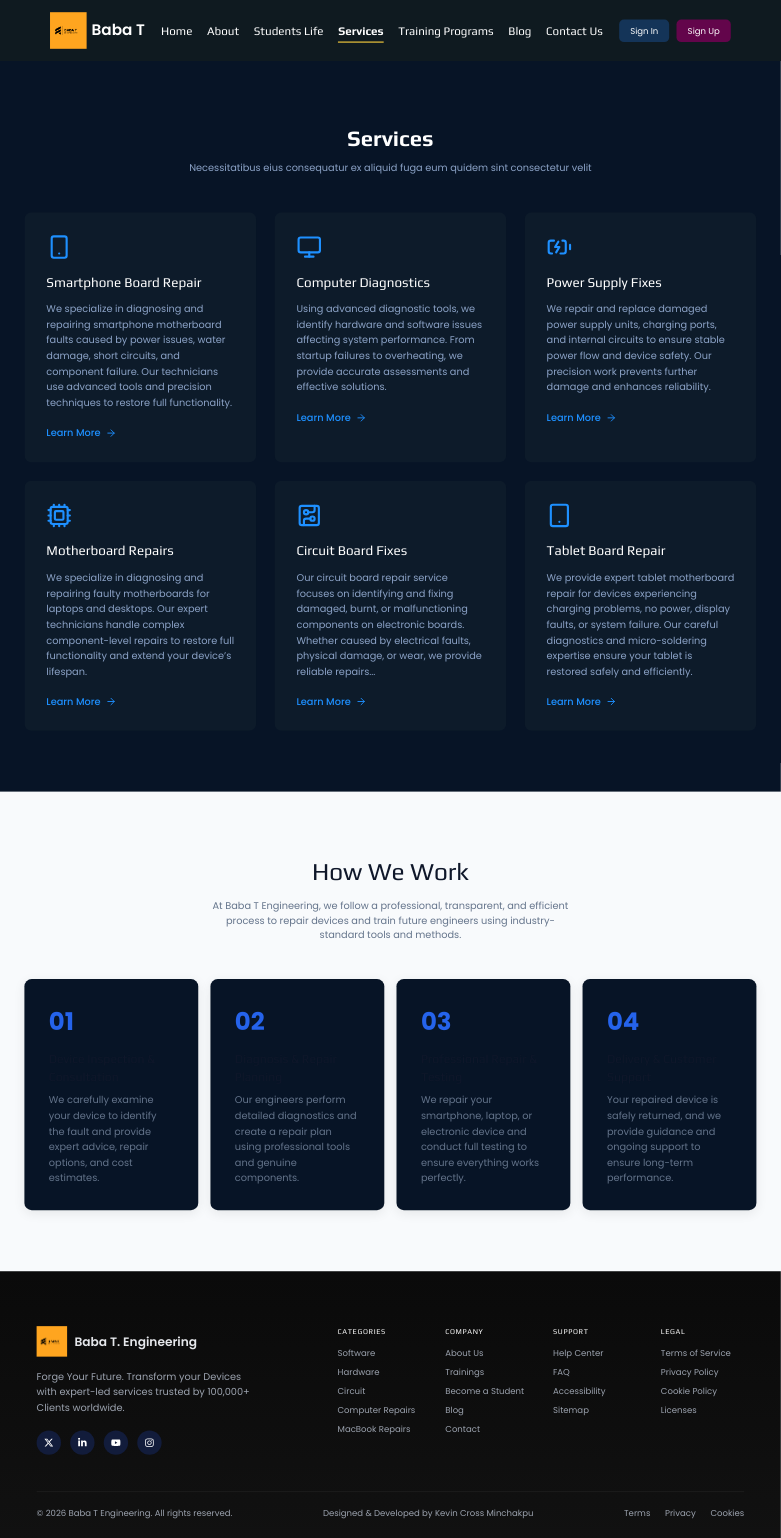
Repository: KC-Minchakpu/babatunde
Page: /services
These files come from the project's save history. The page is drawn as it stood at one moment and after the next save; the edit follows.
The browser window is 1280 px wide. The pictures show the whole page, at 61% of full size.
The project was rebuilt for these pictures with package versions that can differ from the ones it lists, and the page was loaded fresh each time. The framework's server and built-in components were replaced by stand-ins that run in the browser. Also part of the build but not shown: next.config.ts.

Above is the page before, as saved 2026-02-21 13:35:00.

After the next save:
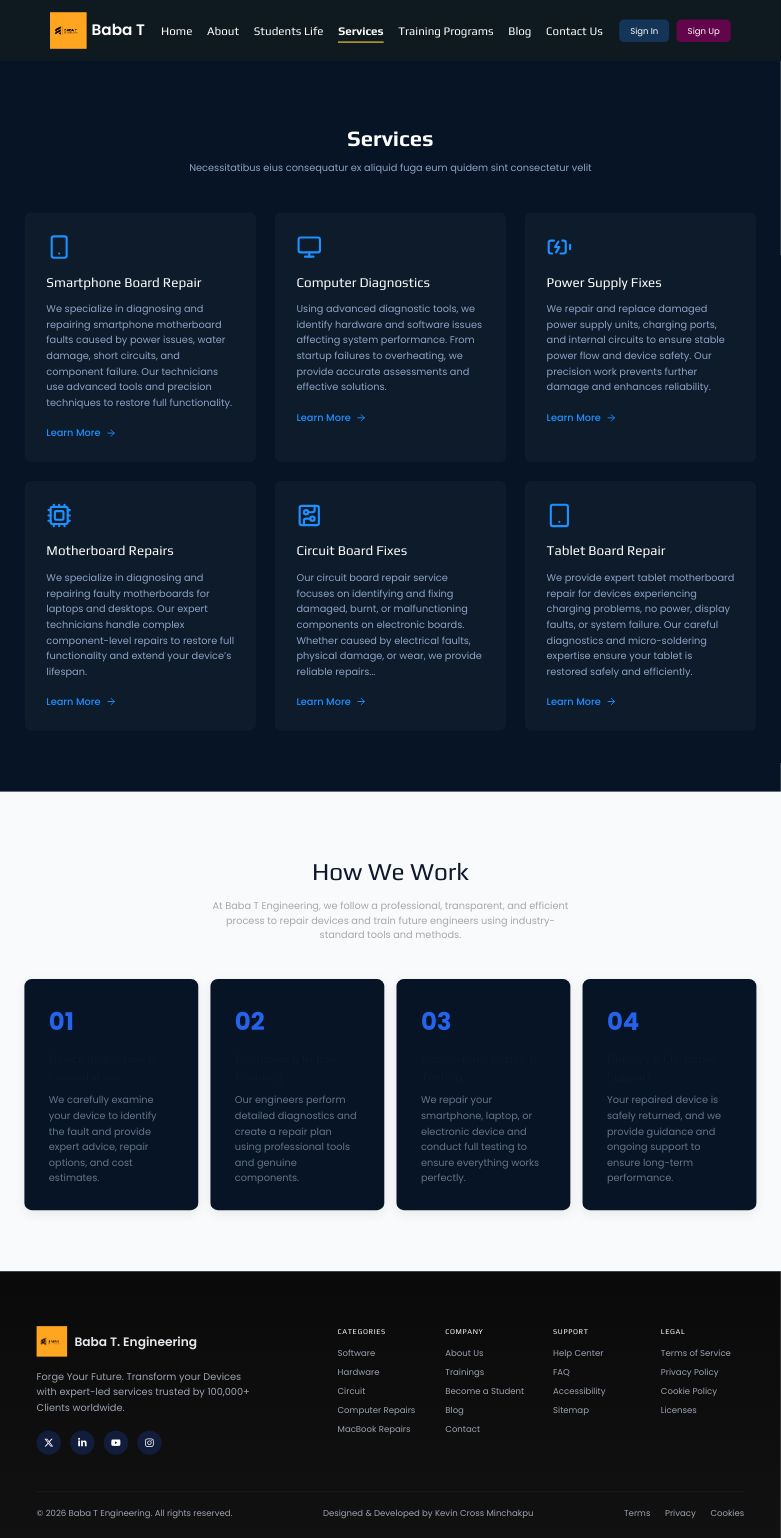
Saved 29 s later.
--- a/src/components/Services/HowWeWork.module.css
+++ b/src/components/Services/HowWeWork.module.css
@@ -26,7 +26,7 @@ margin-bottom: 15px;
 
 
 .header p {
-color: #64748b;
+color: #a7a8aa;
 max-width: 600px;
 margin: auto;
 }
